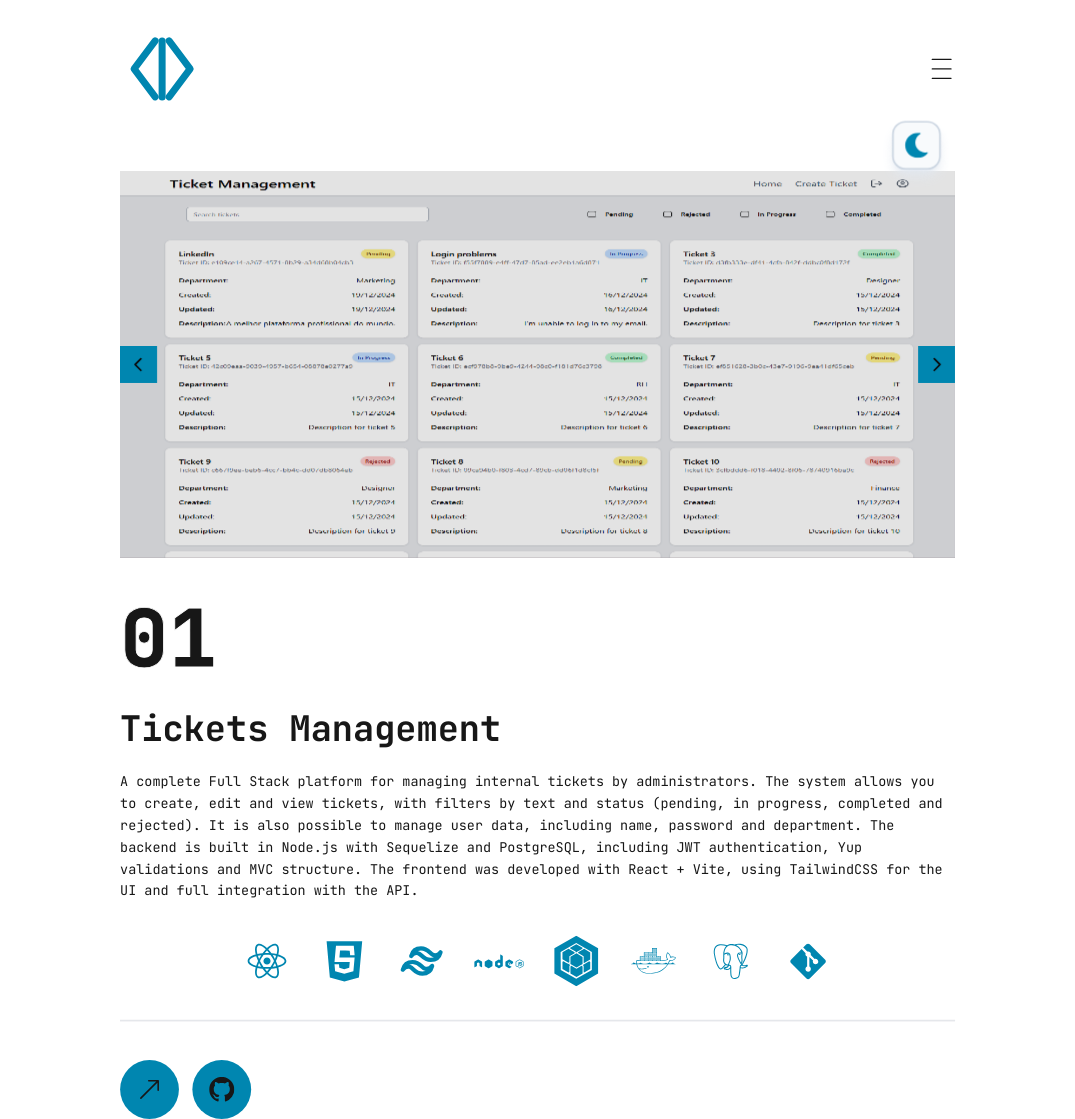
Repository: sergioscker/sergio-portfolio
Page: /work
The author's editor kept a copy of each file at every save. The page is drawn from the files as they stood at one save, then again after the next save.
The browser window is 1280 px wide. The pictures show the whole page, at 84% of full size.
The project was rebuilt for these pictures with package versions that can differ from the ones it lists, and the page was loaded fresh each time. The framework's server and built-in components were replaced by stand-ins that run in the browser. Also part of the build but not shown: next.config.mjs.

Above is the page before, as saved 2025-05-19 19:42:11.

After the next save:
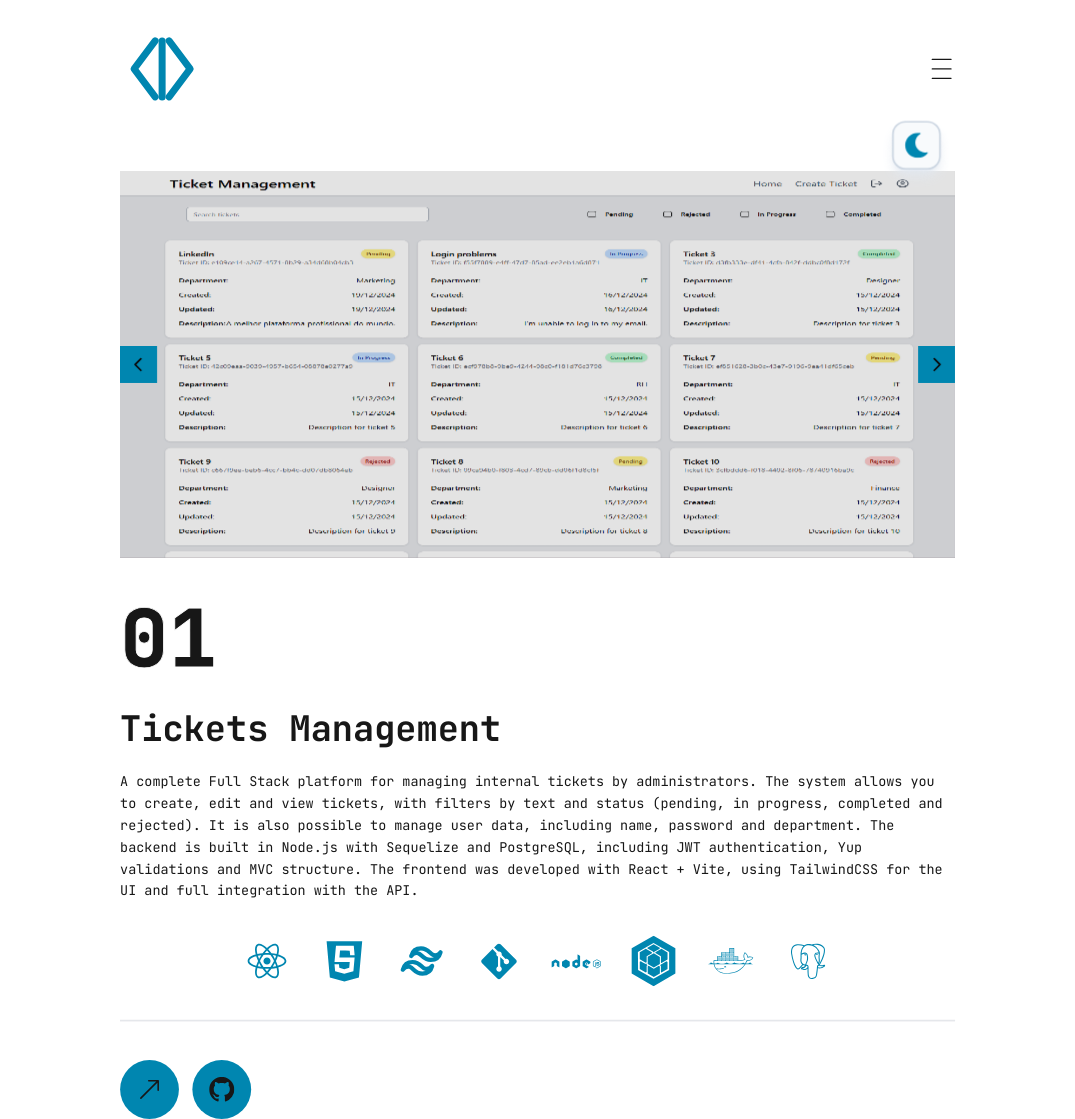
Saved 4 s later.
--- a/app/work/page.jsx
+++ b/app/work/page.jsx
@@ -72,11 +72,11 @@ const projects = [
       { icon: <DiReact size={60} />, name: 'reactJS' },
       { icon: <DiJavascript size={60} />, name: 'javascript' },
       { icon: <TbBrandTailwind size={60} />, name: 'tailwindcss' },
+      { icon: <DiGit size={60} />, name: 'git' },
       { icon: <DiNodejs size={60} />, name: 'nodeJS' },
       { icon: <SiSequelize size={60} />, name: 'ORM sequelize' },
       { icon: <DiDocker size={60} />, name: 'docker' },
       { icon: <DiPostgresql size={60} />, name: 'postgreSQL' },
-      { icon: <DiGit size={60} />, name: 'git' },
     ],
   },
   {
